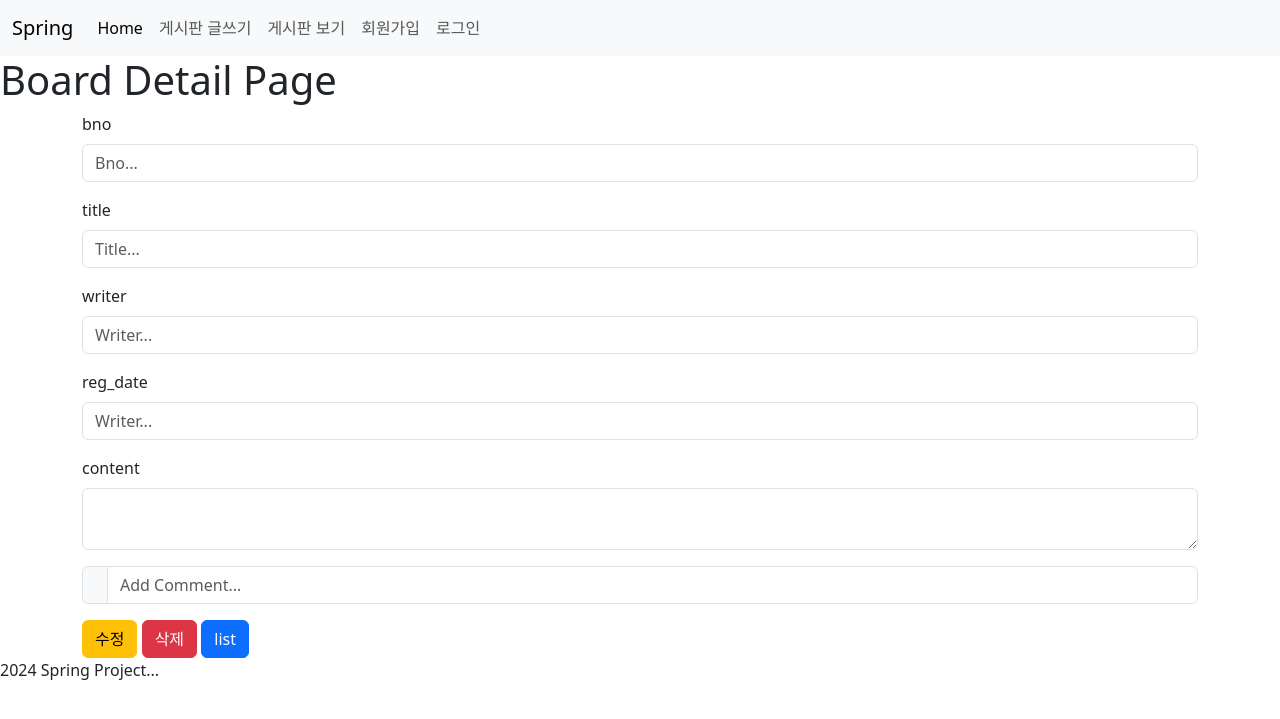
Repository: leechanggyu1118/Spring
Page: http://localhost/spring_study/WEB-INF/views/board/detail.jsp
The author's editor kept a copy of each file at every save. The page is drawn from the files as they stood at one save, then again after the next save.
The browser window is 1280 px wide. The pictures show the whole page.
The page is served by Tomcat 9. Nobody is signed in. The template is opened directly, without the code that normally fills it, so the values that code supplies are empty.

Above is the page before, as saved 2024-04-26 02:42:24.

### spring_study/src/main/webapp/WEB-INF/views/board/detail.jsp
<%@ page language="java" contentType="text/html; charset=UTF-8"
    pageEncoding="UTF-8"%>
	<jsp:include page="../layout/header.jsp"></jsp:include>

	<h1>Board Detail Page</h1>
	<div class="container-md">
		<form action="/board/insert" method="post">

			<div class="mb-3">
				<label for="n" class="form-label">bno</label>
				<input type="text" class="form-control" name="bno" id="n" value="${bvo.bno }" readonly="readonly" placeholder="Bno...">
			</div>
			<div class="mb-3">
				<label for="t" class="form-label">title</label>
				<input type="text" class="form-control" name="title" id="t" value="${bvo.title }" readonly="readonly" placeholder="Title...">
			</div>

			<div class="mb-3">
				<label for="w" class="form-label">writer</label>
				<input type="text" class="form-control" name="writer" id="w" value="${bvo.writer }" readonly="readonly" placeholder="Writer...">
			</div>
			<div class="mb-3">
				<label for="r" class="form-label">reg_date</label>
				<input type="text" class="form-control" name="reg_date" id="r" value="${bvo.reg_date }" readonly="readonly" placeholder="Writer...">
			</div>

			<div class="mb-3">
				<label for="c" class="form-label">content</label>
				<textarea class="form-control" id="c" name="content" aria-label="With textarea" readonly="readonly">${bvo.content }</textarea>
			</div>

			<!-- Comment line  -->
			<!-- 댓글 등록 라인  -->
			<div class="input-group mb-3">
			  <span class="input-group-text" id="cmtWriter">${ses.id }</span>
			  <input type="text" id="cmtText" class="form-control" placeholder="Add Comment..." aria-label="Username" aria-describedby="basic-addon1">
			</div>

			<!-- 댓글 출력 라인  -->




			<a href="/board/modify?bno=${bvo.bno }"><button type="button" class="btn btn-warning">수정</button></a>
			<a href="/board/remove?bno=${bvo.bno }"><button type="button" class="btn btn-danger">삭제</button></a>
			<a href="/board/list"><button type="button" class="btn btn-primary">list</button></a>
		</form>
	</div>

		<jsp:include page="../layout/footer.jsp"></jsp:include>

### spring_study/src/main/webapp/WEB-INF/views/layout/header.jsp
<%@ page language="java" contentType="text/html; charset=UTF-8"
    pageEncoding="UTF-8"%>
    <%@taglib uri="http://java.sun.com/jsp/jstl/core" prefix="c" %>
<!DOCTYPE html>
<html>
<head>
<meta charset="UTF-8">
<title>header.jsp</title>
<link href="https://cdn.jsdelivr.net/npm/bootstrap@5.3.3/dist/css/bootstrap.min.css" rel="stylesheet" integrity="sha384-QWTKZyjpPEjISv5WaRU9OFeRpok6YctnYmDr5pNlyT2bRjXh0JMhjY6hW+ALEwIH" crossorigin="anonymous">
<script src="https://cdn.jsdelivr.net/npm/bootstrap@5.3.3/dist/js/bootstrap.bundle.min.js" integrity="sha384-YvpcrYf0tY3lHB60NNkmXc5s9fDVZLESaAA55NDzOxhy9GkcIdslK1eN7N6jIeHz" crossorigin="anonymous"></script>
</head>
<body>

<nav class="navbar navbar-expand-lg bg-body-tertiary">
  <div class="container-fluid">
    <a class="navbar-brand" href="#">Spring</a>
    <button class="navbar-toggler" type="button" data-bs-toggle="collapse" data-bs-target="#navbarSupportedContent" aria-controls="navbarSupportedContent" aria-expanded="false" aria-label="Toggle navigation">
      <span class="navbar-toggler-icon"></span>
    </button>
    <div class="collapse navbar-collapse" id="navbarSupportedContent">
      <ul class="navbar-nav me-auto mb-2 mb-lg-0">
        <li class="nav-item">
          <a class="nav-link active" aria-current="page" href="/">Home</a>
        </li>
        <li class="nav-item">
          <a class="nav-link" href="/board/register">게시판 글쓰기</a>
        </li>
        <li class="nav-item">
          <a class="nav-link" href="/board/list">게시판 보기</a>
        </li>
        <li class="nav-item">
          <a class="nav-link" href="/member/register">회원가입</a>
        </li>

        <c:if test="${ses.id eq null }">
        <li class="nav-item">
          <a class="nav-link" href="/member/login">로그인</a>
        </li>
        </c:if>

        <c:if test="${ses.id ne null }">
        <li class="nav-item">
          <a class="nav-link" href="/member/logout">로그아웃</a>
        </li>
        <li class="nav-item">
          <a class="nav-link" href="/member/modify">${ses.id }(${ses.email }) welcome!</a>
        </li>
		</c:if>

        </ul>
    </div>
  </div>
</nav>

### spring_study/src/main/webapp/WEB-INF/views/layout/footer.jsp
<%@ page language="java" contentType="text/html; charset=UTF-8"
    pageEncoding="UTF-8"%>
<div>
	2024 Spring Project...
</div>

</body>
</html>

After the next save:
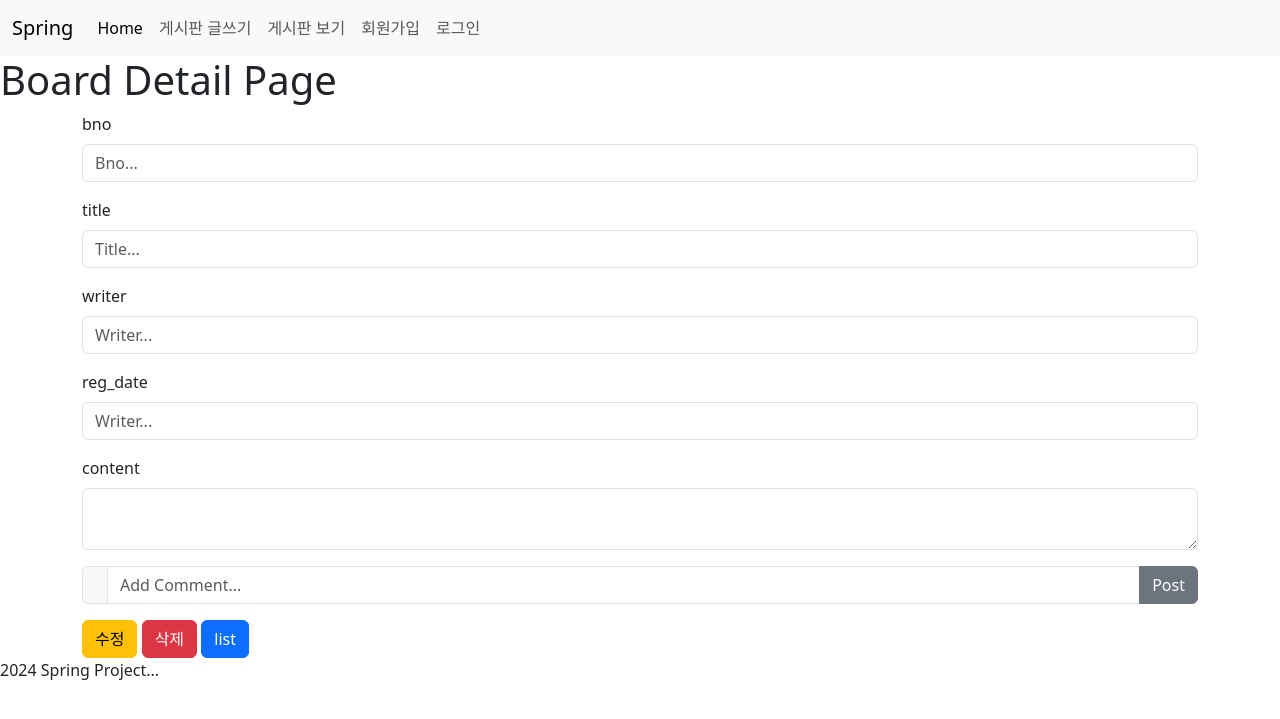
Saved 65 s later.
--- a/spring_study/src/main/webapp/WEB-INF/views/board/detail.jsp
+++ b/spring_study/src/main/webapp/WEB-INF/views/board/detail.jsp
@@ -34,6 +34,7 @@
 			<div class="input-group mb-3">
 			  <span class="input-group-text" id="cmtWriter">${ses.id }</span>
 			  <input type="text" id="cmtText" class="form-control" placeholder="Add Comment..." aria-label="Username" aria-describedby="basic-addon1">
+			  <button type="button" id="cmtAddBtn" class="btn btn-secondary">Post</button>
 			</div>
 
 			<!-- 댓글 출력 라인  -->
